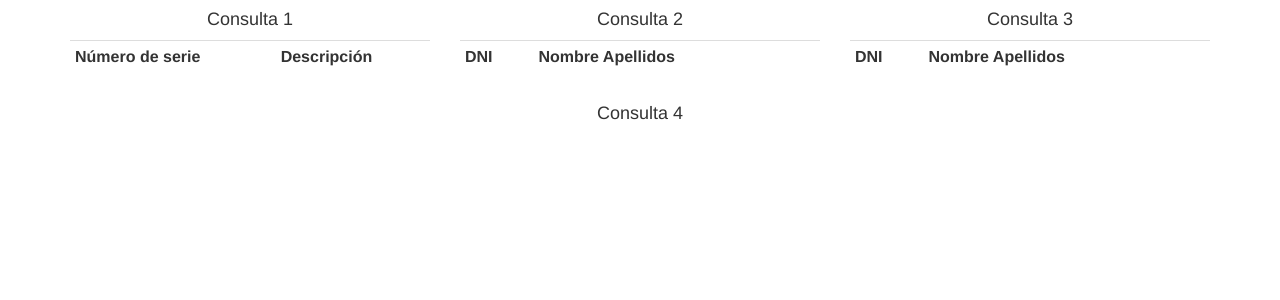
Repository: Myugen/EjercicioPHP
Page: http://localhost/Ejercicio2/index.php
The author's editor kept a copy of each file at every save. The page is drawn from the files as they stood at one save, then again after the next save.
The browser window is 1280 px wide. The pictures show the whole page.
Some web libraries are served in a nearby version. The page is run by PHP 8.4 with error messages shown; the project is at /var/www/html/. Queries for data that is not in the repository find no rows.

Above is the page before, as saved 2015-11-18 13:50:17.

### Actividades5-2/Ejercicio2/index.php
<!DOCTYPE HTML PUBLIC "-//W3C//DTD HTML 4.01 Frameset//EN">
<html>
<head>
<meta name="viewport" content="width=device-width, initial-scale=1">
<link rel="stylesheet" href="http://maxcdn.bootstrapcdn.com/bootstrap/3.3.5/css/bootstrap.min.css">
<script src="https://ajax.googleapis.com/ajax/libs/jquery/1.11.3/jquery.min.js"></script>
<script src="http://maxcdn.bootstrapcdn.com/bootstrap/3.3.5/js/bootstrap.min.js"></script>
<meta http-equiv="Content-Type" content="text/html; charset=UTF-8">
<title>Consultas Base de Datos Vivero de empresas</title>
</head>
<body>
<?php
	$conexion = new mysqli("localhost", "root", "admin", "eje5_2_DB") or
	die("<div class='alert aler-danger text-center'><p>No es posible conectarse a la
	base de datos. Compruebe que los datos de conexión, usuario y/o contraseña son correctos.</p></div>");
?>
	<div class="container text-center">
	<div class="row">
		<div class="col-md-4">
			<h4>Consulta 1</h4>
			<?php
			$consulta1 = "SELECT r.numserie, r.descripcion
						  FROM recursos as r
						  WHERE NOT EXISTS (SELECT t.numserie
					                        FROM tiempo_uso as t
					                        WHERE r.numserie = t.numserie)";
			if($resultado = $conexion->query($consulta1)) {
				echo "<table class='table table-condensed'>";
				echo "<tr><th>Número de serie</th><th>Descripción</th></tr>";
				while($row = $resultado->fetch_row()){
					echo "<tr><td>" . utf8_encode($row[0]) . "</td><td>" . utf8_encode($row[1]) . "</td></tr>";
				}
				echo "</table>";
			}
			else {
				echo "<p class='text-danger'>Consulta no resuelta. Error $conexion->errno : $conexion->error </p><br>";
			}
			?>
		</div>
		<div class="col-md-4">
			<h4>Consulta 2</h4>
			<?php
			$consulta2 = "SELECT p.dni, p.nombre_y_apellidos
						  FROM profesionales as p
						  WHERE p.dni IN (SELECT t.dni
					                        FROM tiempo_uso as t
					                        WHERE p.dni = t.dni)
					      ORDER BY(p.nombre_y_apellidos)";
			if($resultado = $conexion->query($consulta2)) {
				echo "<table class='table table-condensed'>";
				echo "<tr><th>DNI</th><th>Nombre Apellidos</th></tr>";
				while($row = $resultado->fetch_row()){
					echo "<tr><td>" . utf8_encode($row[0]) . "</td><td>" . utf8_encode($row[1]) . "</td></tr>";
				}
				echo "</table>";
			}
			else {
				echo "<p class='text-danger'>Consulta no resuelta. Error $conexion->errno : $conexion->error </p><br>";
			}
			?>
		</div>
		<div class="col-md-4">
			<h4>Consulta 3</h4>
			<?php
			$consulta3 = "SELECT p.dni, p.nombre_y_apellidos
						  FROM profesionales as p
						  WHERE p.dni IN (SELECT t.dni
					                        FROM tiempo_uso as t
					                        WHERE p.dni = t.dni)
					      ORDER BY(p.nombre_y_apellidos)";
			if($resultado = $conexion->query($consulta3)) {
				echo "<table class='table table-condensed'>";
				echo "<tr><th>DNI</th><th>Nombre Apellidos</th></tr>";
				while($row = $resultado->fetch_row()){
					echo "<tr><td>" . utf8_encode($row[0]) . "</td><td>" . utf8_encode($row[1]) . "</td></tr>";
				}
				echo "</table>";
			}
			else {
				echo "<p class='text-danger'>Consulta no resuelta. Error $conexion->errno : $conexion->error </p><br>";
			}
			?>
		</div>
	</div>
	<div class="row">
		<div class="col-md-12">
			<h4>Consulta 4</h4>
			<?php

			?>
		</div>
	</div>
	</div>
</body>
</html>

After the next save:
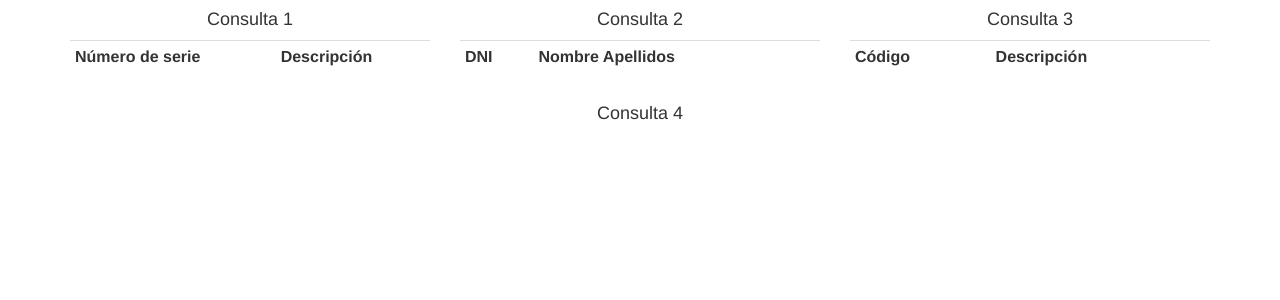
Saved 4 min 26 s later.
--- a/Actividades5-2/Ejercicio2/index.php
+++ b/Actividades5-2/Ejercicio2/index.php
@@ -62,15 +62,15 @@
 		<div class="col-md-4">
 			<h4>Consulta 3</h4>
 			<?php
-			$consulta3 = "SELECT p.dni, p.nombre_y_apellidos
-						  FROM profesionales as p
+			$consulta3 = "SELECT e.codigo, e.descripcion
+						  FROM empresas as e
 						  WHERE p.dni IN (SELECT t.dni
 					                        FROM tiempo_uso as t
 					                        WHERE p.dni = t.dni)
 					      ORDER BY(p.nombre_y_apellidos)";
 			if($resultado = $conexion->query($consulta3)) {
 				echo "<table class='table table-condensed'>";
-				echo "<tr><th>DNI</th><th>Nombre Apellidos</th></tr>";
+				echo "<tr><th>Código</th><th>Descripción</th></tr>";
 				while($row = $resultado->fetch_row()){
 					echo "<tr><td>" . utf8_encode($row[0]) . "</td><td>" . utf8_encode($row[1]) . "</td></tr>";
 				}
